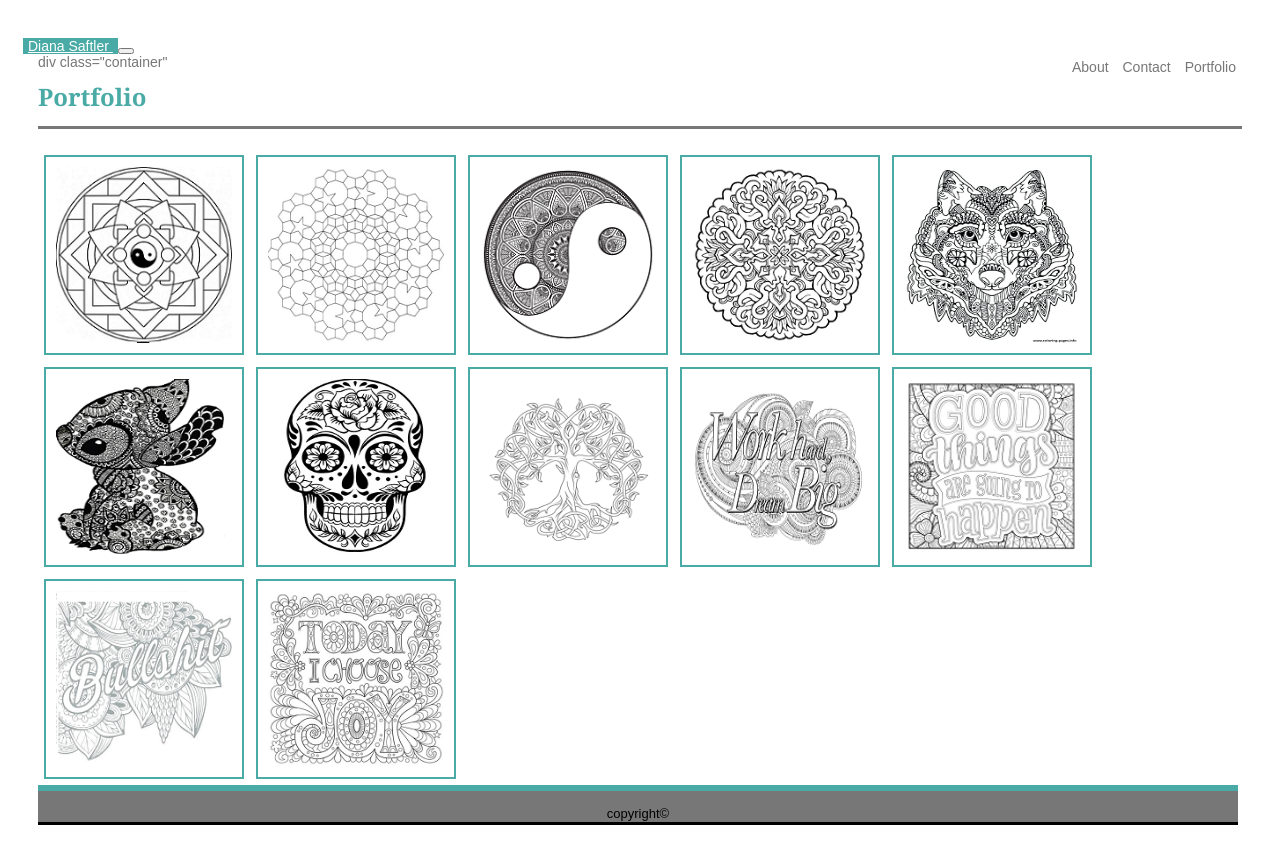
Repository: dsaftler/Bootstrap-Portfolio
Page: portfolio.html
These files come from the project's save history. The page is drawn as it stood at one moment and after the next save; the edit follows.
The browser window is 1280 px wide. The pictures show the whole page.

Above is the page before, as saved 2019-03-20 23:04:46.

### portfolio.html

<html>

        <head>
            <title>Diana Saftler</title>
            <link rel="stylesheet" href+"assets/css/reset.css">
            <link rel="stylesheet" href="assets/css/style.css">
            <link rel="icon" href="assets/images/Peony.jpg" type="image/jpg" sizes="16x16">
            <meta charset="UTD-8">

        </head>

        <body>
            <nav class="navbar navbar-expand-lg navbar-light" >
                <a class="navbar-brand"  style="background-color: #4aaaa5; color: white; padding-right: 5px; padding-left: 5px; margin-left: -15px" href="#"> Diana Saftler </a>
                <button class="navbar-toggler" type="button" data-toggle="collapse" data-target="#navbarSupportedContent" aria-controls="navbarSupportedContent" aria-expanded="false" aria-label="Toggle navigation">
                        <span class="navbar-toggler-icon"></span>
                </button>

                <div class="collapse navbar-collapse" id="navbarSupportedContent">
                <ul class="navbar-nav ml-auto">
                    <li class="nav-item">
                        <a class="nav-link" href="index.html">About</a>
                    </li>
                    <li class="nav-item">
                        <a class="nav-link" href="contact.html">Contact</a>
                    </li>
                    <li class="nav-item active">
                       <a class="nav-link" href="portfolio.html">Portfolio<span class="sr-only"></span></a>
                    </li>
                </ul>
                </div>
            </nav>
            div class="container"
            <div class="col-sx-12 col-sm-12">
                    <h2>Portfolio</h2>
                    <div class="row">

                        <!-- <div class="col"> -->
                            <div class="content">
                                <a href="assets\gallery\simple_mandala.png" target="Simple Mandala">
                                    <img class="gallery" src="assets\gallery\sm_simple_mandala.png"  alt="Simple Mandala" title="Simple Mandala" class="clickable"></a>

                            </div> <!-- content -->
                            <div class="content">
                                    <a href="assets\gallery\geometric_mandala.png" target="Geometric Mandala">
                                        <img class="gallery" src="assets\gallery\sm_geometric_mandala.png" alt="Geometric Mandala" title="Geometric Mandala"></a>
                            </div> <!-- content -->
                            <div class="content">
                                    <a href="assets\gallery\ying_yang_mandala.png" target="Ying-Yang Mandala">
                                        <img class="gallery" src="assets\gallery\sm_ying_yang_mandala.png" alt="Ying-Yang Mandala" title="Ying-Yang Mandala"></a>
                            </div> <!-- content -->
                            <div class="content">
                                    <a href="assets\gallery\old_english.png" target="Olde English Mandala">
                                    <img class="gallery" src="assets\gallery\sm_old_english.png" alt="Olde English Mandala" title="Olde English Mandala"></a>
                            </div> <!-- content -->
    <!-- I could do rows here, but since everything wraps, I don't have to  -->

                            <div class="content">
                                    <a href="assets\gallery\wolf.png" target="Wolf">
                                        <img class="gallery" src="assets\gallery\sm_wolf.png" alt="Wolf" title="Wolf"></a>
                            </div> <!-- content -->
                            <div class="content">
                                    <a href="assets\gallery\stitch.png" target="stitch">
                                    <img class="gallery" src="assets\gallery\sm_stitch.png" alt="Stitch" title="Stitch"></a>
                            </div> <!-- content -->
                            <div class="content">
                                    <a href="assets\gallery\day_of_the_dead.png" target="Day of the Dead">
                                    <img class="gallery" src="assets\gallery\sm_day_of_the_dead.png" alt="Day of the Dead" title="Day of the Dead"></a>
                            </div> <!-- content -->
                            <div class="content">
                                    <a href="assets\gallery\tree_of_life.png" target="Tree of Life">
                                    <img class="gallery" src="assets\gallery\sm_tree_of_life.png" alt="Tree of Life" title="Tree of Life"></a>
                            </div> <!-- content -->
    <!-- I could do rows here, but since everything wraps, I don't have to  -->

                            <div class="content">

                                    <a href="assets\gallery\work_hard.png" target="Work Hard">
                                    <img class="gallery" src="assets\gallery\sm_work_hard.png" alt="Work Hard" title="Work Hard"></a>
                            </div> <!-- content -->
                            <div class="content">
                                    <a href="assets\gallery\good_things.png" target="Good Things">
                                    <img class="gallery" src="assets\gallery\sm_good_things.png" alt="Good Things" title="Good Things"></a>
                            </div> <!-- content -->
                            <div class="content">
                                    <a href="assets\gallery\bad_word.png" target="Bad Word">
                                    <img class="gallery" src="assets\gallery\sm_bad_word.png" alt="@#!#%!!!" title="@#!#%!!!"></a>
                            </div> <!-- content -->
                            <div class="content">
                                    <a href="assets\gallery\choose_joy.png" target="Choose Joy">
                                    <img class="gallery" src="assets\gallery\sm_choose_joy.png" alt="Choose Joy" title="Choose Joy"></a>
                            </div> <!-- content -->

                         <!-- </div class="col"> -->
                    </div><!-- row -->
                </div>    <!-- center-panel -->
            </div>  <!-- bg-pattern -->
            <footer>copyright&copy</footer>
        </body>

</html>

### Assets/CSS/style.css
* {
    box-sizing: border-box;
}

body {
    font-size: 14px;
    font-family: Arial, "Helvetica Neue", Helvetica, sans-serif;
    background-color: #ffffff;
    padding: 30px;
    color:  #777777;

}
header{
    left: 80px;
    background-color: #ffffff;
    height: 25px;
    width: 1200px;
}
footer {
    color: black;
    font-size: small;
    text-align: center;
    padding: 15px;
    clear: both;
    background-color: #777777;
    height: 40px;
    width: 1200px;
    border-style: solid;
    border-top-color: #4aaaa5;
    border-top-width: 6px;
    border-left-width: 0;
    border-right-width: 0;
}
p {
    padding: 0 0 10 0;
}

.bg-pattern {
    clear: both;
  /* margin-top: 40px; */
  padding: 50px;
  padding-top: 5px;
  /* background-color: #b1f3f3;  */
  height: 650px;
  width: 1200px;

  background-image: url("../images/circles-light.png");
  border-style: solid;
  border-top-color: #999a9b;
  border-top-width: 2px;
  border-left-width: 0;
  border-right-width: 0;
  border-bottom-color: #4aaaa5;
  border-bottom-width: 6px;

}

.center-panel {
    clear: both;
    display: inline-block;
    /* position: absolute; */
    top: 150px;
    right: 0;
    bottom: 0;
    left: 0;
    margin-left: 75px;
    margin-top: 20px;
    width: 960px;
    height: 535px;
    background-color: #ffffff;
    padding: 25px;
    overflow: auto;
    z-index: 1;

}

ul {
    list-style-type: none;
    margin: 0;
    padding: 0;
}

li a {
    display: block;
    width: 60 px;
}



ul {
    list-style-type: none;
    margin: 0;
    padding: 0;
    float: right;
    width: 175px;
}

li { display: inline-block; }

li a {
    color: #777777;
    text-decoration: none;
    padding: 5px;
}

li a:hover {
    background-color: #4aaaa5;
    color: white;

}
h1, h2 {font-family: Georgia, Times, "Times New Roman", serif;}
h1 {
    float: left;
    box-shadow: 10px 0px 0px 0px #4aaaa5, -10px 0px 0px 0px #4aaaa5;

    height: 65px;
    /* width: 200px; */

    top: 0;
    margin: 0;
    margin-left: 135px;

    background-color: #4aaaa5;
    color: white;
    font-size: 30px;
    text-align: center;
    padding: 10px 0;
    /* padding: 10px; */
}

h2 {
    font-size: 24px;
    margin-top: 10px;
    color: #4aaaa5;
    padding-bottom: 13px;
    border-bottom: 3px solid #777777;
}
h4 { margin: 3px}


.image_about {
    float: left;
    padding-right: 20px;
    padding-bottom: 20px;
    width: 230px;
    height: 310px;
}

input[type="text"] {
    width : 450px;
    margin: 0;
    padding: 2px;
    padding-left: 10px;
    -webkit-box-sizing: border-box; /* For legacy WebKit based browsers */
       -moz-box-sizing: border-box; /* For legacy (Firefox <29) Gecko based browsers */
            box-sizing: border-box;
}

.textbox {
    border:1px solid  #777777;
    padding: 10px;
    width: 650;
    height: 175px;
    font-size: 13.33px;
    font-family: Arial, Helvetica, sans-serif;
}
.submit {
    display: block;
    width: 60px;
    height: 29px;
    background-color: #4aaaa5;
    color: #ffffff;
    font-weight: bold;
}
.portfolio {
    max-width:100%;
    max-height: 100%
   }
.content {
    padding: 6px;
    float: left;
}

.row {
    margin: 0;
    height: 225px;
}
.row,
.row > .column {
    padding: 5 px;
}
.col {
   float:left;
    height: 225px;
     width: 25%;
     margin: 0;
}
.row:after {
    content: "";
    display: table;
    clear: both;
}
.gallery {
    border: 2px solid #4aaaa5;
    padding: 10px;
    height: 200px;
    width: 200px;
}
.gallery:hover {
    border-color: #06faee;
}
.box {
    height:150px;
    border: solid;
    border-width: 1px;

}
/* portfolio page */

.work {
    position: relative;
    float: left;
    width: 274px;
    margin: 20px 0 25px;
    overflow: auto;
  }

  .work:nth-child(even) {
    margin-right: 40px;
  }

  .work img {
    width: 100%;
    border: 0 none;
    opacity: 0.8;
  }

  .work h3 {
    position: absolute;
    bottom: 20px;
    width: 100%;
    padding: 15px;
    margin-bottom: 0;
    font-weight: 300;
    line-height: 30px;
    color: #ffffff;
    text-align: center;
    background: #4aaaa5;
    border-bottom: 0;
  }

  .auth-image {
    float: left;
    width: 200px;
    height: auto;
    margin-top: 10px;
    margin-right: 25px;
  }
  #masthead {
    position: fixed;
    z-index: 99;
    width: 100%;
    margin: 0 0 30px;
    overflow: auto;
    color: #ffffff;
    background: #ffffff;
    border-bottom: 2px solid #cccccc;
  }

  #logo {
    float: left;
    width: 250px;
    height: 90px;
    font-family: Georgia, Times, "Times New Roman", serif;
    font-size: 30px;
    font-weight: 700;
    line-height: 90px;
    color: #ffffff;
    text-align: center;
    text-decoration: none;
    background: #4aaaa5;
  }
  #main-container {
    padding-top: 130px;
    min-height: calc(100vh - 70px);
  }

  .main-section {
    float: left;
    width: 100%;
    max-width: 960px;
    padding: 30px;
    margin: 0 0 40px;
    background: #ffffff;
    border: 1px solid #dddddd;
  }

After the next save:
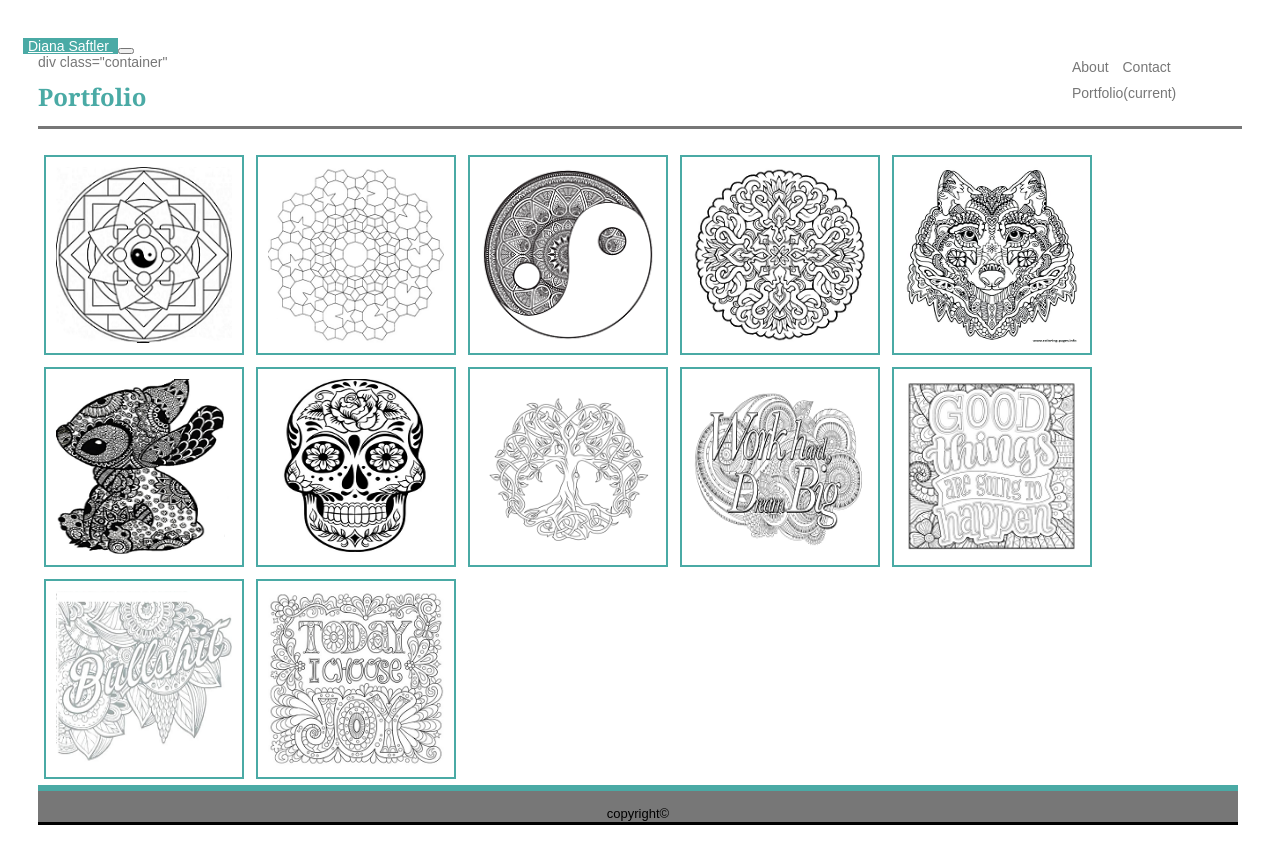
Saved 49 s later.
--- a/portfolio.html
+++ b/portfolio.html
@@ -26,7 +26,7 @@
                         <a class="nav-link" href="contact.html">Contact</a>
                     </li>
                     <li class="nav-item active">
-                       <a class="nav-link" href="portfolio.html">Portfolio<span class="sr-only"></span></a>
+                       <a class="nav-link" href="portfolio.html">Portfolio<span class="sr-only">(current)</span></a>
                     </li>
                 </ul>
                 </div>

After the save that followed:
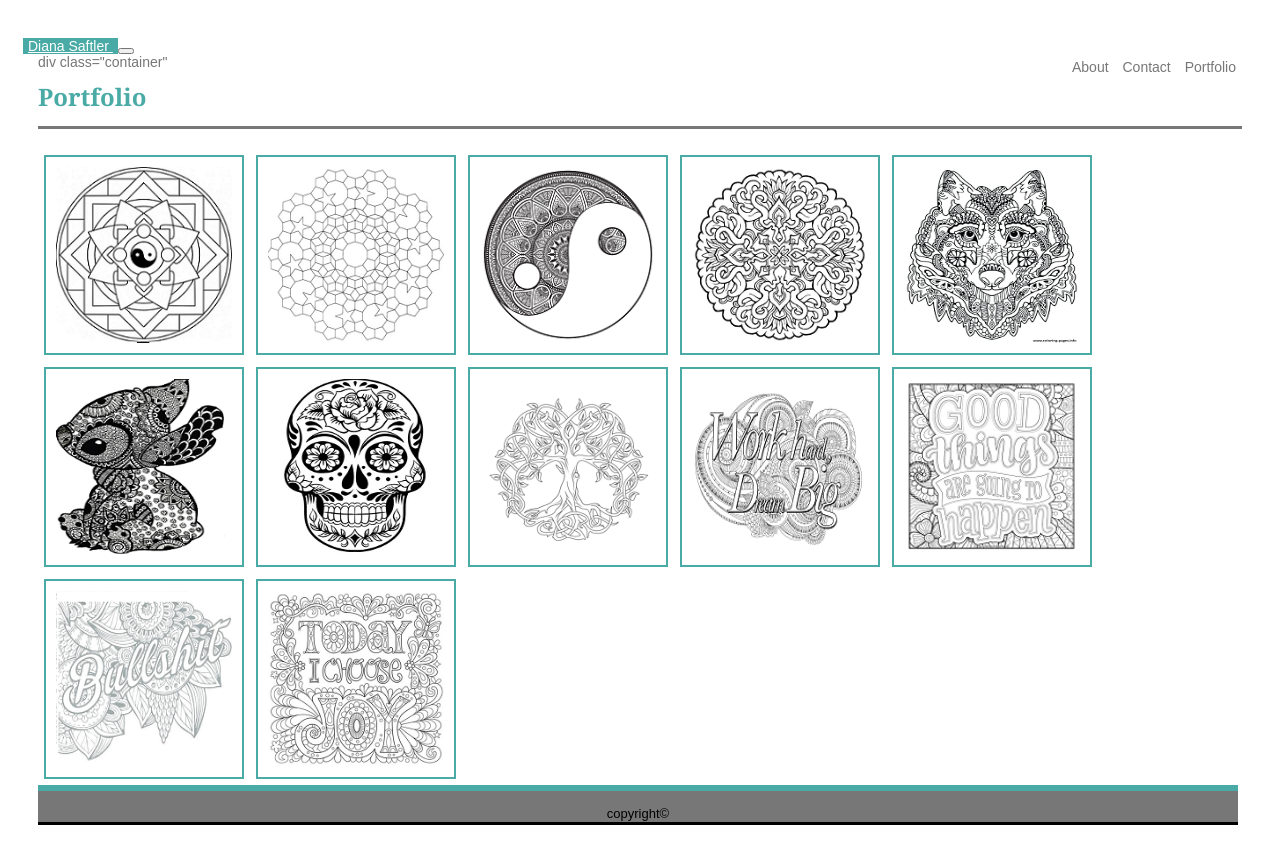
Saved 12 s later.
--- a/portfolio.html
+++ b/portfolio.html
@@ -26,7 +26,7 @@
                         <a class="nav-link" href="contact.html">Contact</a>
                     </li>
                     <li class="nav-item active">
-                       <a class="nav-link" href="portfolio.html">Portfolio<span class="sr-only">(current)</span></a>
+                       <a class="nav-link" href="portfolio.html">Portfolio<span class="sr-only"></span></a>
                     </li>
                 </ul>
                 </div>
